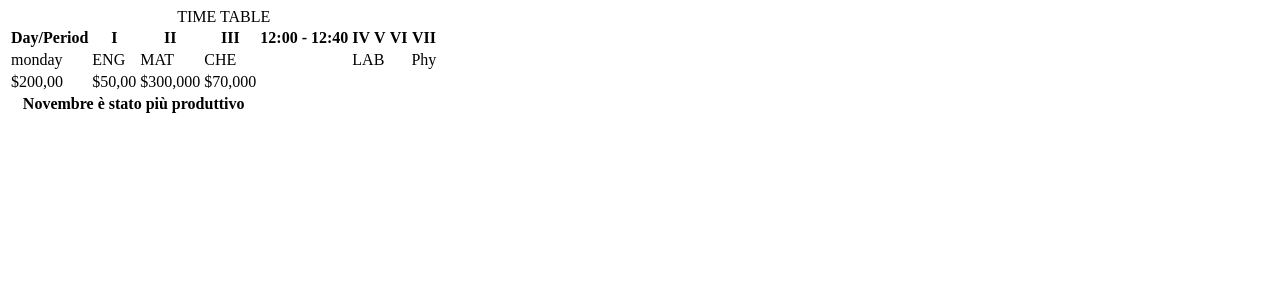
Repository: MicTomm/corso-frontend
Page: HTML/tabella/index.html
These files come from the project's save history. The page is drawn as it stood at one moment and after the next save; the edit follows.
The browser window is 1280 px wide. The pictures show the whole page.

Above is the page before, as saved 2023-11-07 16:20:18.

### HTML/tabella/index.html
<!DOCTYPE html>
<html lang="it">
<head>
  <meta charset="UTF-8">
  <meta name="viewport" content="width=device-width, initial-scale=1.0">
  <title>Ta-bella</title>
</head>
<body>
  <table>
    <caption>TIME TABLE</caption>
    <thead>
      <tr>
        <th>Day/Period</th>
        <th>I</th>
        <th>II</th>
        <th>III</th>
        <th>12:00 - 12:40</th>
        <th>IV</th>
        <th>V</th>
        <th>VI</th>
        <th>VII</th>
      </tr>
    </thead>

    <tbody>
      <tr>
        <td>monday</td>
        <td>ENG</td>
        <td>MAT</td>
        <td>CHE</td>
        <td rowspan="6"></td>
        <td colspan="3">LAB</td>
        <td>Phy</td>
      </tr>
      <tr>
        <td>$200,00</td>
        <td>$50,00</td>
        <td>$300,000</td>
        <td>$70,000</td>
      </tr>
    </tbody>

    <tfoot>
      <tr>
        <th colspan= "4">Novembre è stato più produttivo</th>
      </tr>
    </tfoot>
  </table>
</body>
</html>

After the next save:
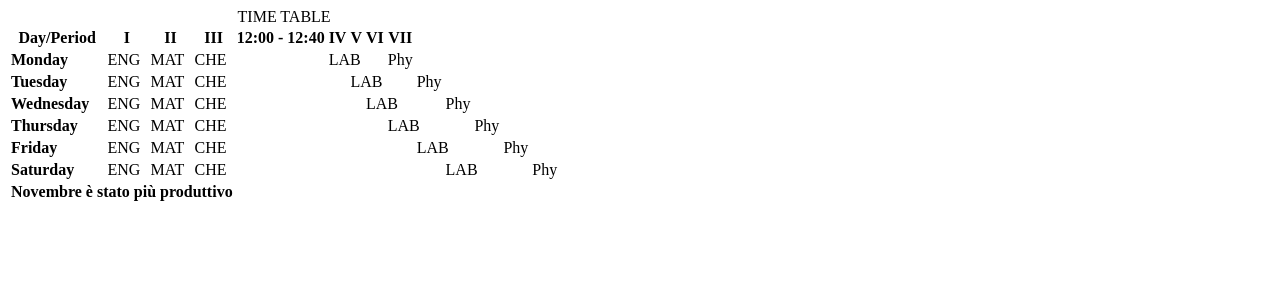
Saved 2 min 24 s later.
--- a/HTML/tabella/index.html
+++ b/HTML/tabella/index.html
@@ -24,7 +24,7 @@
 
     <tbody>
       <tr>
-        <td>monday</td>
+        <td><b>Monday</b></td>
         <td>ENG</td>
         <td>MAT</td>
         <td>CHE</td>
@@ -33,10 +33,45 @@
         <td>Phy</td>
       </tr>
       <tr>
-        <td>$200,00</td>
-        <td>$50,00</td>
-        <td>$300,000</td>
-        <td>$70,000</td>
+        <td><b>Tuesday</b></td>
+        <td>ENG</td>
+        <td>MAT</td>
+        <td>CHE</td>
+        <td rowspan="6"></td>
+        <td colspan="3">LAB</td>
+        <td>Phy</td>
+      </tr><tr>
+        <td><b>Wednesday</b></td>
+        <td>ENG</td>
+        <td>MAT</td>
+        <td>CHE</td>
+        <td rowspan="6"></td>
+        <td colspan="3">LAB</td>
+        <td>Phy</td>
+      </tr><tr>
+        <td><b>Thursday</b></td>
+        <td>ENG</td>
+        <td>MAT</td>
+        <td>CHE</td>
+        <td rowspan="6"></td>
+        <td colspan="3">LAB</td>
+        <td>Phy</td>
+      </tr><tr>
+        <td><b>Friday</b></td>
+        <td>ENG</td>
+        <td>MAT</td>
+        <td>CHE</td>
+        <td rowspan="6"></td>
+        <td colspan="3">LAB</td>
+        <td>Phy</td>
+      </tr><tr>
+        <td><b>Saturday</b></td>
+        <td>ENG</td>
+        <td>MAT</td>
+        <td>CHE</td>
+        <td rowspan="6"></td>
+        <td colspan="3">LAB</td>
+        <td>Phy</td>
       </tr>
     </tbody>
 
